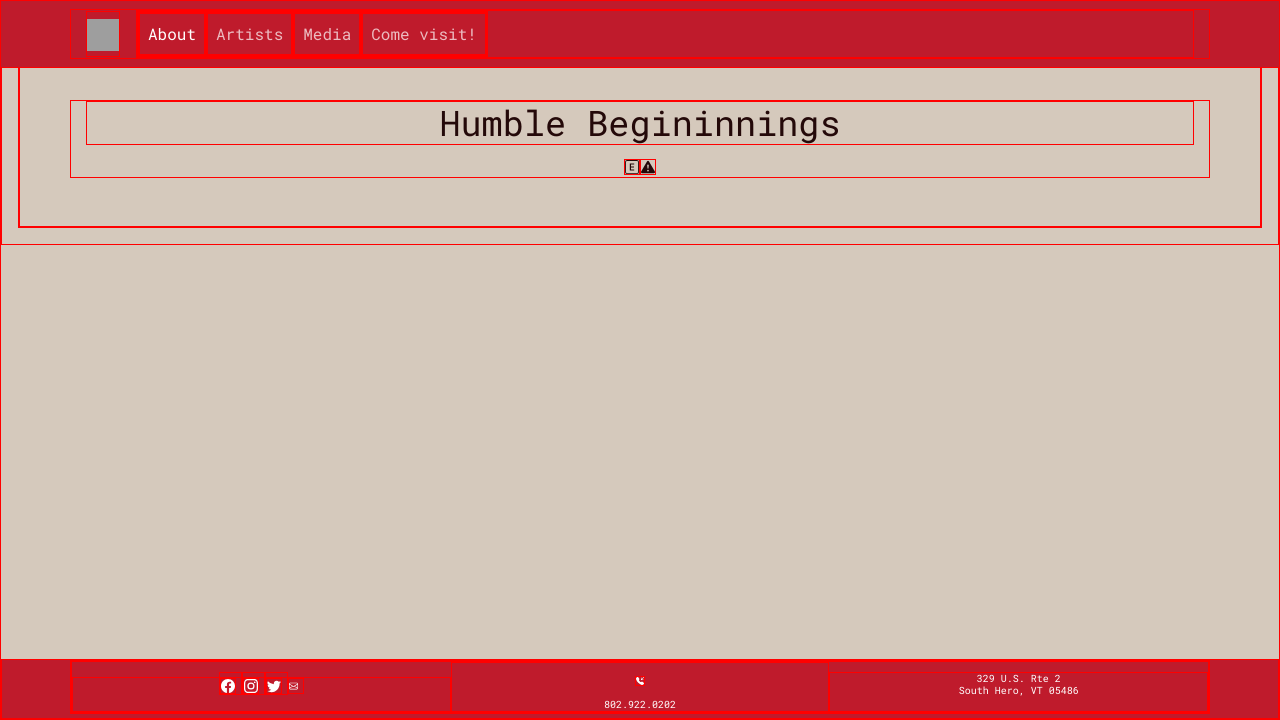
Repository: squirrellypenguin/viteshop
Page: /#/about
The author's editor kept a copy of each file at every save. The page is drawn from the files as they stood at one save, then again after the next save.
The browser window is 1280 px wide. The pictures show the whole page.
Pictures or frames that could not be fetched are drawn as grey boxes. The project was rebuilt for these pictures with package versions that can differ from the ones it lists, and the page was loaded fresh each time. Also part of the build but not shown: vite.config.js, src/views/Home.vue. Imported but missing from the stored project, and not drawn on this page: src/views/Location.vue.

Above is the page before, as saved 2023-05-07 08:31:13.

### index.html
<!DOCTYPE html>
<html lang="en">
  <head>
    <meta charset="utf-8">
    <meta http-equiv="X-UA-Compatible" content="IE=edge">
    <meta name="viewport" content="width=device-width, initial-scale=1, shrink-to-fit=no">
    <meta name="description" content="<%- description %>">
    <link rel="icon" href="/favicon.ico">
    <title><%- title %></title>
  </head>
  <body>
    <noscript>
      <strong>We're sorry but <%- title %> doesn't work properly without JavaScript enabled. Please enable it to continue.</strong>
    </noscript>
    <div id="app"></div>
    <script type="module" src="/src/main.js"></script>
  </body>
</html>

### src/App.vue
<template>
  <div id="app">
    <component :is="layout">
      <router-view />
    </component>
  </div>
</template>

<script>
import '@/scss/app.scss'

export default {
  computed: {
    layout() {
      return `layout-${this.$route.meta.layout || 'default'}`
    }
  }
}
</script>

### src/scss/app.scss
// Bootstrap source files (except functions, variables, mixins)

@import "~bootstrap/scss/root";
@import "~bootstrap/scss/reboot";
@import "~bootstrap/scss/type";
@import "~bootstrap/scss/images";
@import "~bootstrap/scss/code";
@import "~bootstrap/scss/grid";
@import "~bootstrap/scss/tables";
@import "~bootstrap/scss/forms";
@import "~bootstrap/scss/buttons";
@import "~bootstrap/scss/transitions";
@import "~bootstrap/scss/dropdown";
@import "~bootstrap/scss/button-group";
@import "~bootstrap/scss/input-group";
@import "bootstrap-custom-forms";
@import "~bootstrap/scss/nav";
@import "~bootstrap/scss/navbar";
@import "~bootstrap/scss/card";
@import "~bootstrap/scss/breadcrumb";
@import "~bootstrap/scss/pagination";
@import "~bootstrap/scss/badge";
@import "~bootstrap/scss/jumbotron";
@import "~bootstrap/scss/alert";
@import "~bootstrap/scss/progress";
@import "~bootstrap/scss/media";
@import "~bootstrap/scss/list-group";
@import "~bootstrap/scss/close";
@import "~bootstrap/scss/toasts";
@import "~bootstrap/scss/modal";
@import "~bootstrap/scss/tooltip";
@import "~bootstrap/scss/popover";
@import "~bootstrap/scss/carousel";
@import "~bootstrap/scss/spinners";
@import "~bootstrap/scss/utilities";
@import "~bootstrap/scss/print";

### src/layouts/default/Default.vue
<template>
  <div class="default-page-wrapper">
    <default-nav />
    <slot />
    <default-footer />
  </div>
</template>

<script>
import DefaultFooter from './DefaultFooter.vue'
import DefaultNav from './DefaultNav.vue'

export default {
  components: {
    DefaultNav,
    DefaultFooter
  }
}
</script>

<style lang="scss">
/* Sticky footer */
html {
  position: relative;
  min-height: 100%;
}
body {
  margin-bottom: 60px; /* Margin bottom equal to footer height */
}
.default-page-wrapper {
  padding: 5em 0em 3em 0em;
}
.footer {
  position: absolute;
  bottom: 0;
  width: 100%;
  height: 60px; /* Footer height */
  line-height: 60px; /* Vertically center the text */
  background-color: $gray-100;
  text-align: center;
}
</style>

### src/views/About.vue
<template>
  <div class="container">
    <h1>Humble Begininnings</h1>

    <svg
      xmlns="http://www.w3.org/2000/svg"
      width="16"
      height="16"
      fill="currentColor"
      class="bi bi-explicit"
      viewBox="0 0 16 16"
    >
      <path d="M6.826 10.88H10.5V12h-5V4.002h5v1.12H6.826V7.4h3.457v1.073H6.826v2.408Z" />
      <path
        d="M2.5 0A2.5 2.5 0 0 0 0 2.5v11A2.5 2.5 0 0 0 2.5 16h11a2.5 2.5 0 0 0 2.5-2.5v-11A2.5 2.5 0 0 0 13.5 0h-11ZM1 2.5A1.5 1.5 0 0 1 2.5 1h11A1.5 1.5 0 0 1 15 2.5v11a1.5 1.5 0 0 1-1.5 1.5h-11A1.5 1.5 0 0 1 1 13.5v-11Z"
      />
    </svg>

    <b-icon-exclamation-triangle-fill></b-icon-exclamation-triangle-fill>
  </div>
</template>

### src/scss/variables.scss

$primary: #42b983;
$body-color: #1f0909;
$info:    #73abfe;
$gray-100: #f6f6f6;
$text-muted: #612c2c;
$gray-900: #273849;
$dark: #bf1b2c;

@import "~bootstrap/scss/functions";
@import "~bootstrap/scss/variables";
@import "~bootstrap/scss/mixins";


// Google Fonts
@import url('https://fonts.googleapis.com/css2?family=Anton&display=swap');
@import url('https://fonts.googleapis.com/css2?family=Pacifico&display=swap');
@import url('https://fonts.googleapis.com/css?family=Roboto+Mono');

$navbar-dark-color: rgba($white, .7);

// REDoutline for elements
* {border:1px solid red}

// Custom styles
.footer {
    background-color: #bf1b2c !important;
}

// Card styling elements


* {
  box-sizing: border-box;
  font-weight: normal;
}

body {
  color: #240909;
  background: #d5c9bc;
  text-align: center;
  font-family: 'Roboto Mono';
  padding: 1em;
}

h1 {
  font-size: 2.2em;
}

// base
.flip {
    position: relative;
    >.front,
    >.back {
        display: block;
        transition-timing-function: cubic-bezier(.175, .885, .32, 1.275);
        transition-duration: .5s;
        transition-property: transform, opacity;
    }
    >.front {
        transform: rotateY(0deg);
    }
    >.back {
        position: absolute;
        opacity: 0;
        top: 0px;
        left: 0px;
        width: 100%;
        height: 100%;
        transform: rotateY(-180deg);
    }
    &:hover {
        >.front {
            transform: rotateY(180deg);
        }
        >.back {
            opacity: 1;
            transform: rotateY(0deg);
        }
    }
    &.flip-vertical {
        >.back {
            transform: rotateX(-180deg);
        }
        &:hover {
            >.front {
                transform: rotateX(180deg);
            }
            >.back {
                transform: rotateX(0deg);
            }
        }
    }
}

// custom
.flip {
    position: relative;
    display: inline-block;
    margin-right: 2px;
    margin-bottom: 1em;
    width: 300px;
    >.front,
    >.back {
      display: block;
      color: white;
      width: inherit;
      background-size: cover!important;
      background-position: center!important;
      height: 220px;
      padding: 1em 2em;
      background: #d5c9bc;
      border-radius: 10px;
      p {
        font-size: 0.7125rem;
        line-height: 160%;
        color: #0e0202;
      }
    }
}

// .text-shadow {
// text-shadow: 1px 1px rgba(0, 0, 0, 0.04), 2px 2px rgba(0, 0, 0, 0.04), 3px 3px rgba(0, 0, 0, 0.04), 4px 4px rgba(0, 0, 0, 0.04), 0.125rem 0.125rem rgba(0, 0, 0, 0.04), 6px 6px rgba(0, 0, 0, 0.04), 7px 7px rgba(0, 0, 0, 0.04), 8px 8px rgba(0, 0, 0, 0.04), 9px 9px rgba(0, 0, 0, 0.04), 0.3125rem 0.3125rem rgba(0, 0, 0, 0.04), 11px 11px rgba(0, 0, 0, 0.04), 12px 12px rgba(0, 0, 0, 0.04), 13px 13px rgba(0, 0, 0, 0.04), 14px 14px rgba(0, 0, 0, 0.04), 0.625rem 0.625rem rgba(0, 0, 0, 0.04), 16px 16px rgba(0, 0, 0, 0.04), 17px 17px rgba(0, 0, 0, 0.04), 18px 18px rgba(0, 0, 0, 0.04), 19px 19px rgba(0, 0, 0, 0.04), 1.25rem 1.25rem rgba(0, 0, 0, 0.04);
// }



#example5{
	color: white;
	font-size: 24px;
	text-shadow: -1px 1px 2px #bf1b2c,
				  1px 1px 2px #bf1b2c,
				  1px -1px 0 #bf1b2c,
				  -1px -1px 0 #bf1b2c;
}
.back {
    color: black !important;
}
.h1 msg {
    color: #bf1b2c;
    font-size: 24px !important;
}
.footer {
    left: 0px;
    line-height: 12px !important;

}

### src/layouts/default/DefaultFooter.vue
<template>
  <footer class="footer">
    <div class="container">
      <div class="row">
        <div class="col" style="font-size: 16px; margin-top: 15px">
          <a
            class="link-light"
            href="https://www.facebook.com/Island-Craft-Shop-189477107771345/"
            alt="FB"
            style="color: white; padding-right: 5px"
            ><b-icon-facebook></b-icon-facebook
          ></a>
          <a href="https://www.instagram.com/vtislandcraftshop" alt="insta" style="color: white; padding-right: 5px"
            ><b-icon-instagram></b-icon-instagram
          ></a>
          <a href="https://www.instagram.com/vtislandcraftshop" alt="twitter" style="color: white; padding-right: 5px"
            ><b-icon-twitter></b-icon-twitter
          ></a>

          <b-icon-envelope style="padding-right: 5px; color: white"></b-icon-envelope>
        </div>
        <div class="col" style="font-size: 10px; color: white">
          <br />
          <b-icon-telephone-inbound-fill style="color: white"></b-icon-telephone-inbound-fill>
          <br />
          <br />802.922.0202
        </div>
        <div style="font-size: 10px; margin-top: 10px; color: white" class="col">
          329 U.S. Rte 2<br />
          South Hero, VT 05486
        </div>
      </div>
    </div>
  </footer>
</template>

### src/layouts/default/DefaultNav.vue
<template>
  <nav class="navbar navbar-expand-md navbar-dark bg-dark fixed-top">
    <div class="container">
      <router-link to="/" class="navbar-brand" @click.native="collapseNavbar">
        <img
          src="https://res.cloudinary.com/duvzhauq9/image/upload/v1682448814/icsLogo_psxrm0.png"
          alt="Girl in a jacket"
          width="32"
          height="32"
        />
      </router-link>
      <button
        :class="['navbar-toggler', !navbarExpanded && 'collapsed']"
        type="button"
        aria-controls="navbarDefault"
        :aria-expanded="navbarExpanded"
        aria-label="Toggle navigation"
        @click="toggleNavbar"
      >
        <span class="navbar-toggler-icon"></span>
      </button>

      <div id="navbarDefault" :class="['collapse navbar-collapse', navbarExpanded && 'show']">
        <ul class="navbar-nav mr-auto">
          <li class="nav-item">
            <router-link to="/about" class="nav-link" @click.native="collapseNavbar">About</router-link>
          </li>
          <li class="nav-item">
            <router-link to="/artists" class="nav-link" @click.native="collapseNavbar">Artists</router-link>
          </li>
          <li class="nav-item">
            <router-link to="/media" class="nav-link" @click.native="collapseNavbar">Media</router-link>
          </li>
          <li class="nav-item">
            <router-link to="/location" class="nav-link" @click.native="collapseNavbar">Come visit!</router-link>
          </li>
        </ul>
      </div>
    </div>
  </nav>
</template>

<script>
export default {
  data() {
    return {
      navbarExpanded: false
    }
  },
  methods: {
    toggleNavbar() {
      this.navbarExpanded = !this.navbarExpanded
    },
    collapseNavbar() {
      this.navbarExpanded = false
    }
  }
}
</script>

### src/components/HelloWorld.vue
<template>
  <div class="row">
    <div class="col text-center">
      <h1 class="msg">{{ msg }}</h1>
      <p>This is what the.</p>
    </div>
  </div>
</template>

<script>
export default {
  name: 'HelloWorld',
  props: {
    msg: {
      type: String,
      default: ''
    }
  }
}
</script>

<style lang="scss" scoped>
h1.msg {
  color: $gray-900;
}
</style>

Loaded but not shown: src/store/index.js (common file); src/router/index.js (62 lines, source omitted); src/main.js (25 lines, source omitted); src/scss/bootstrap-custom-forms.scss (549 lines, source omitted)

After the next save:
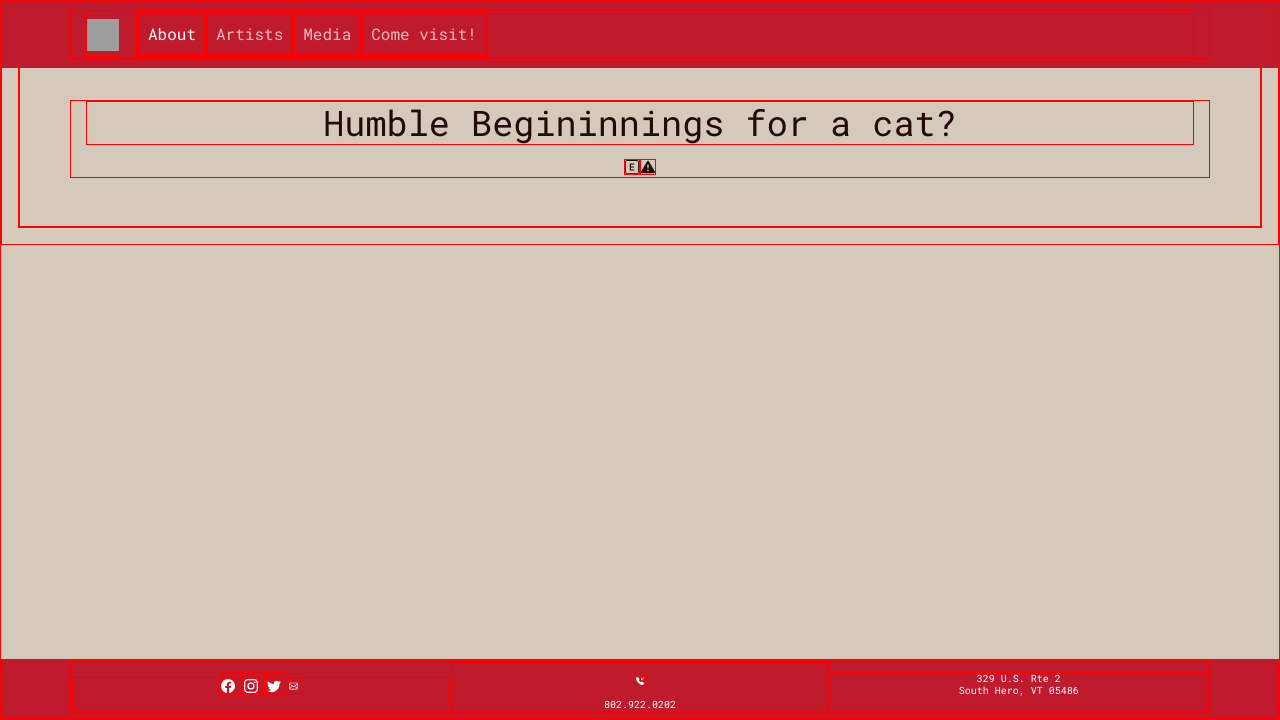
Saved 109 s later.
--- a/src/views/About.vue
+++ b/src/views/About.vue
@@ -1,6 +1,6 @@
 <template>
   <div class="container">
-    <h1>Humble Begininnings</h1>
+    <h1>Humble Begininnings for a cat?</h1>
 
     <svg
       xmlns="http://www.w3.org/2000/svg"
